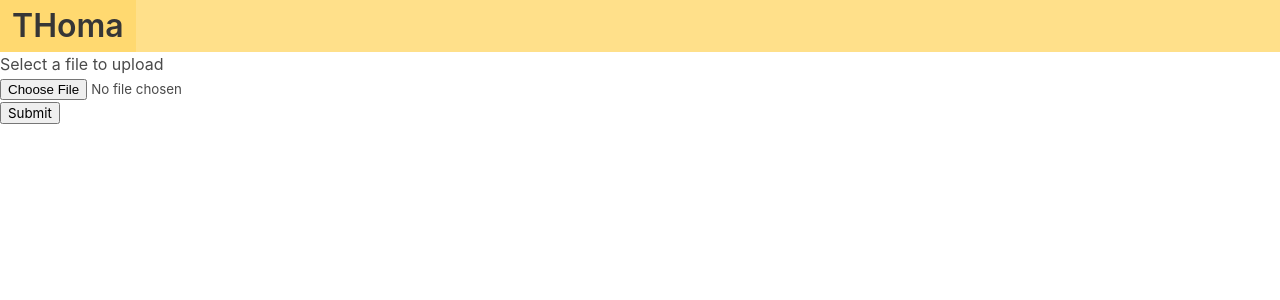
Repository: Manumathew01/Segmentation-of-retinal-images
Page: http://localhost/
The author's editor kept a copy of each file at every save. The page is drawn from the files as they stood at one save, then again after the next save.
The browser window is 1280 px wide. The pictures show the whole page.
The page is served by the project's application, run on Flask 3 (main.py).

Above is the page before, as saved 2022-05-16 19:10:08.

After the next save:
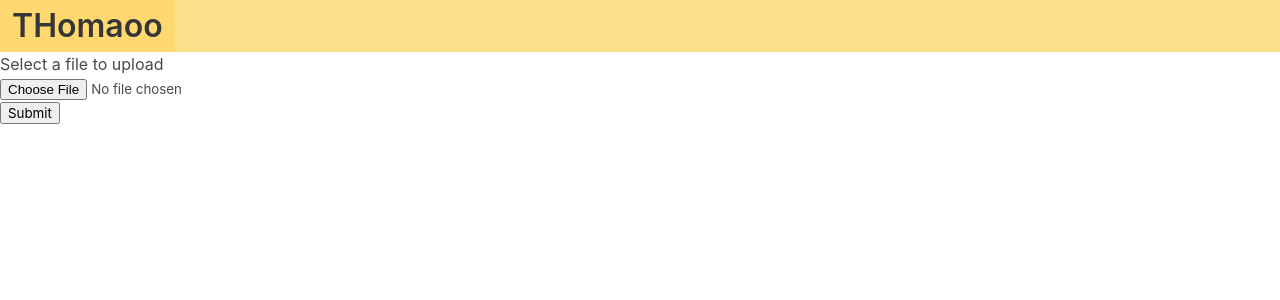
Saved 7 min 55 s later.
--- a/templates/base.html
+++ b/templates/base.html
@@ -17,7 +17,7 @@
     >
       <div class="navbar-brand">
         <a class="navbar-item" href="/">
-          <p class="title">THoma</p>
+          <p class="title">THomaoo</p>
         </a>
 
         <a
